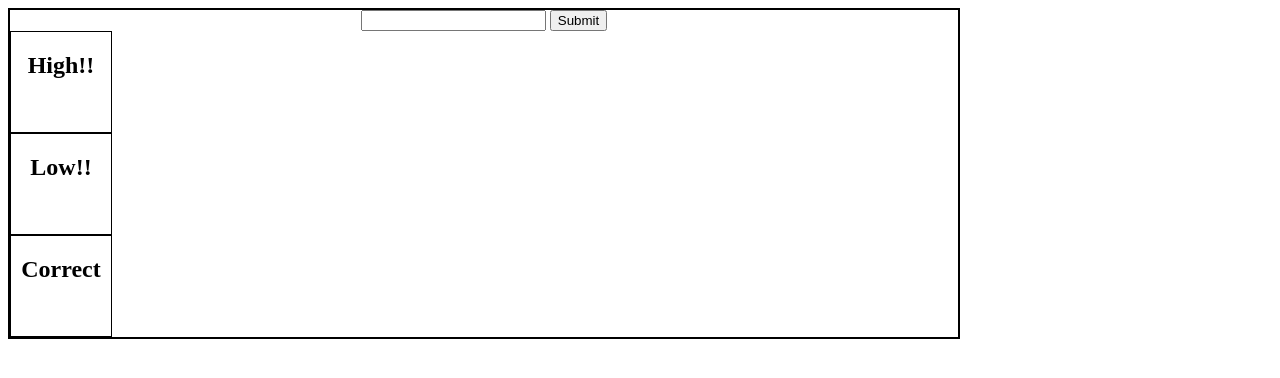
Repository: harshithamagani/Java-Basics
Page: http://localhost/number-game/
The author's editor kept a copy of each file at every save. The page is drawn from the files as they stood at one save, then again after the next save.
The browser window is 1280 px wide. The pictures show the whole page.
The page is served by Tomcat 9.

Above is the page before, as saved 2019-11-05 18:35:56.

After the next save:
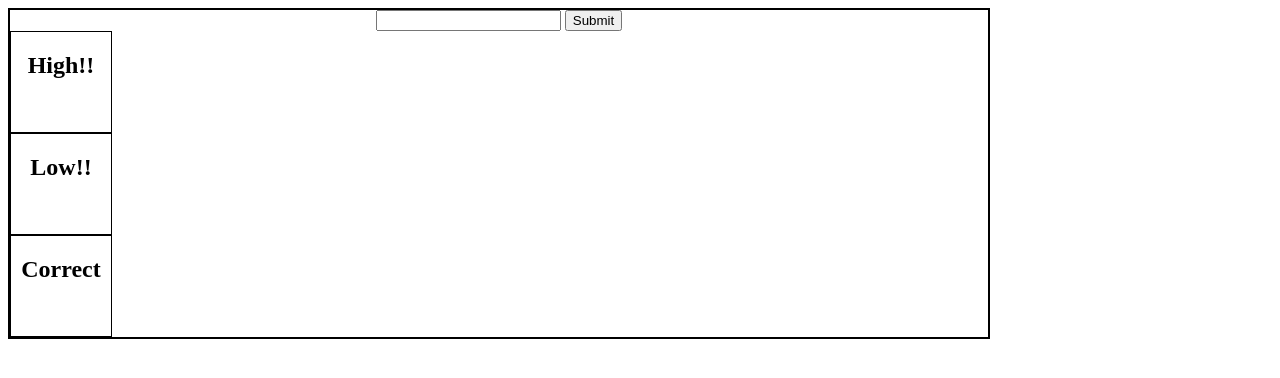
Saved 27 s later.
--- a/number-game/WebContent/WEB-INF/index.jsp
+++ b/number-game/WebContent/WEB-INF/index.jsp
@@ -12,7 +12,7 @@
             border : solid black 1px;
         }
         #wrapper{
-        	width:950px;
+        	width:980px;
         	matgin: 0 auto;
         	border : solid black 1px;
         }
